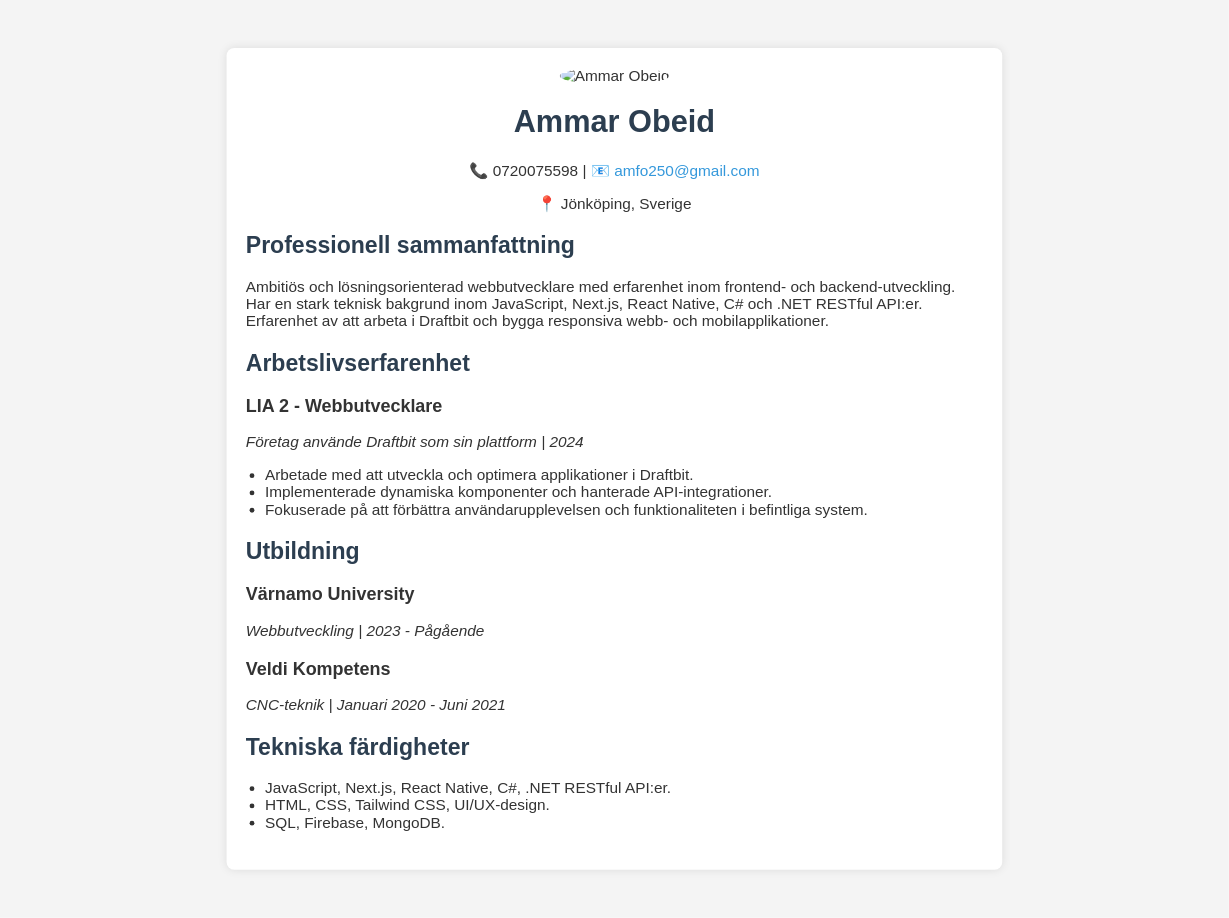
Repository: aobeid1979/AmmarObeid
Page: index.html
These files come from the project's save history. The page is drawn as it stood at one moment and after the next save; the edit follows.
The browser window is 1280 px wide. The pictures show the whole page, at 96% of full size.

Above is the page before, as saved 2025-03-19 11:48:45.
Not found: profile.jpg

After the next save:
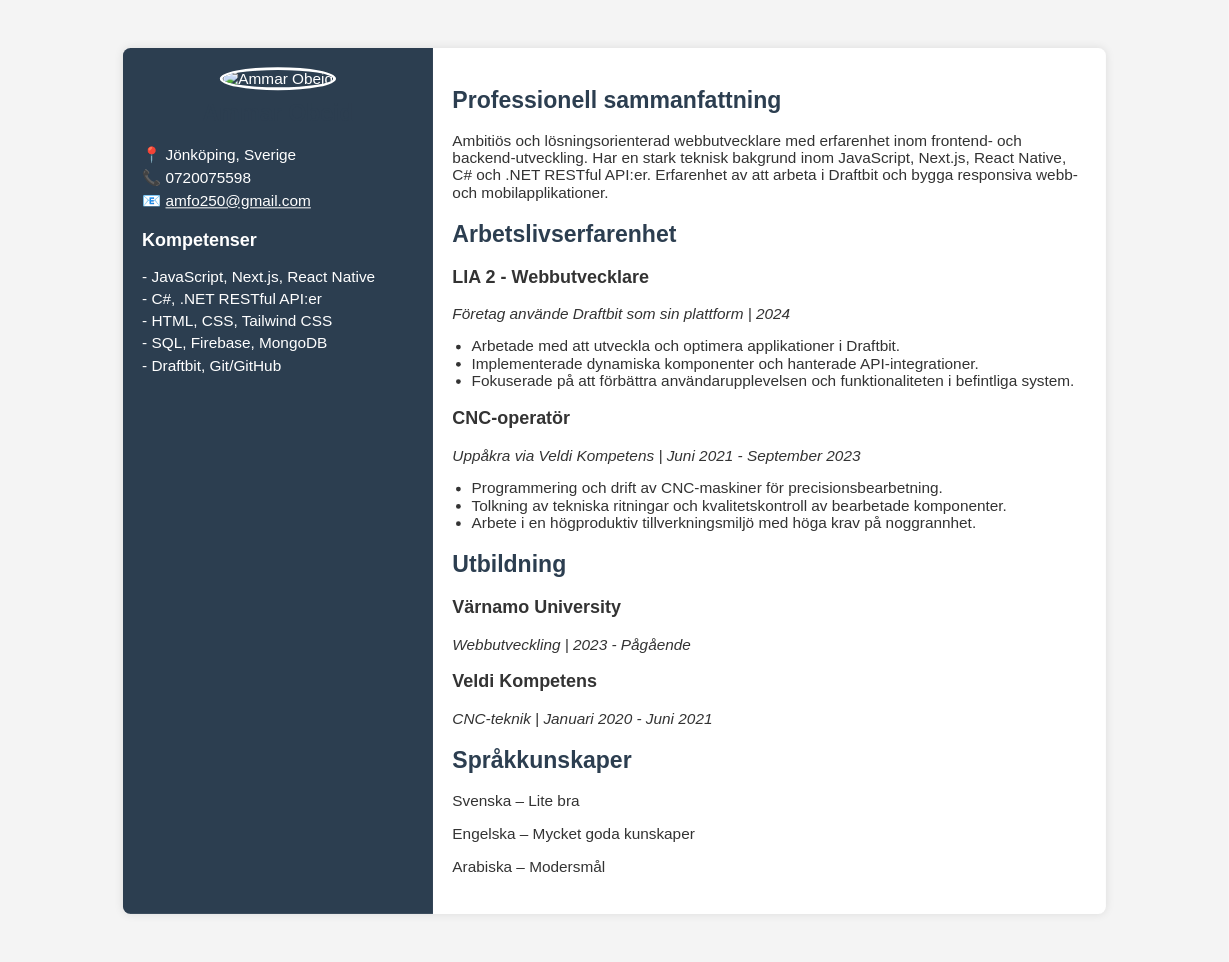
Saved 4 min 59 s later.
--- a/index.html
+++ b/index.html
@@ -4,50 +4,116 @@
     <meta charset="UTF-8">
     <meta name="viewport" content="width=device-width, initial-scale=1.0">
     <title>Ammar Obeid - CV</title>
-    <link rel="stylesheet" href="style.css">
+    <style>
+        body {
+            font-family: Arial, sans-serif;
+            margin: 0;
+            padding: 0;
+            background-color: #f4f4f4;
+            color: #333;
+        }
+        .container {
+            display: flex;
+            width: 80%;
+            margin: 50px auto;
+            background: white;
+            border-radius: 8px;
+            box-shadow: 0 0 10px rgba(0, 0, 0, 0.1);
+            overflow: hidden;
+        }
+        .left-panel {
+            background-color: #2c3e50;
+            color: white;
+            width: 30%;
+            padding: 20px;
+            text-align: center;
+        }
+        .left-panel img {
+            width: 120px;
+            height: 120px;
+            border-radius: 50%;
+            object-fit: cover;
+            border: 3px solid white;
+        }
+        .left-panel h2 {
+            margin-top: 10px;
+        }
+        .contact-info, .skills {
+            text-align: left;
+            margin-top: 20px;
+        }
+        .contact-info p, .skills p {
+            margin: 5px 0;
+        }
+        .right-panel {
+            width: 70%;
+            padding: 20px;
+        }
+        h1, h2 {
+            color: #2c3e50;
+        }
+        .section {
+            margin-bottom: 20px;
+        }
+        ul {
+            padding-left: 20px;
+        }
+    </style>
 </head>
 <body>
     <div class="container">
-        <div class="header">
+        <div class="left-panel">
             <img src="profile.jpg" alt="Ammar Obeid">
-            <h1>Ammar Obeid</h1>
+            <h2>Ammar Obeid</h2>
+            <div class="contact-info">
+                <p>📍 Jönköping, Sverige</p>
+                <p>📞 0720075598</p>
+                <p>📧 <a href="mailto:amfo250@gmail.com" style="color: white;">amfo250@gmail.com</a></p>
+            </div>
+            <div class="skills">
+                <h3>Kompetenser</h3>
+                <p>- JavaScript, Next.js, React Native</p>
+                <p>- C#, .NET RESTful API:er</p>
+                <p>- HTML, CSS, Tailwind CSS</p>
+                <p>- SQL, Firebase, MongoDB</p>
+                <p>- Draftbit, Git/GitHub</p>
+            </div>
         </div>
-        <div class="contact-info">
-            <p>📞 0720075598 | 📧 <a href="mailto:amfo250@gmail.com">amfo250@gmail.com</a></p>
-            <p>📍 Jönköping, Sverige</p>
-        </div>
-
-        <div class="section">
-            <h2>Professionell sammanfattning</h2>
-            <p>Ambitiös och lösningsorienterad webbutvecklare med erfarenhet inom frontend- och backend-utveckling. Har en stark teknisk bakgrund inom JavaScript, Next.js, React Native, C# och .NET RESTful API:er. Erfarenhet av att arbeta i Draftbit och bygga responsiva webb- och mobilapplikationer.</p>
-        </div>
-
-        <div class="section">
-            <h2>Arbetslivserfarenhet</h2>
-            <h3>LIA 2 - Webbutvecklare</h3>
-            <p><em>Företag använde Draftbit som sin plattform | 2024</em></p>
-            <ul>
-                <li>Arbetade med att utveckla och optimera applikationer i Draftbit.</li>
-                <li>Implementerade dynamiska komponenter och hanterade API-integrationer.</li>
-                <li>Fokuserade på att förbättra användarupplevelsen och funktionaliteten i befintliga system.</li>
-            </ul>
-        </div>
-
-        <div class="section">
-            <h2>Utbildning</h2>
-            <h3>Värnamo University</h3>
-            <p><em>Webbutveckling | 2023 - Pågående</em></p>
-            <h3>Veldi Kompetens</h3>
-            <p><em>CNC-teknik | Januari 2020 - Juni 2021</em></p>
-        </div>
-
-        <div class="section">
-            <h2>Tekniska färdigheter</h2>
-            <ul>
-                <li>JavaScript, Next.js, React Native, C#, .NET RESTful API:er.</li>
-                <li>HTML, CSS, Tailwind CSS, UI/UX-design.</li>
-                <li>SQL, Firebase, MongoDB.</li>
-            </ul>
+        <div class="right-panel">
+            <div class="section">
+                <h2>Professionell sammanfattning</h2>
+                <p>Ambitiös och lösningsorienterad webbutvecklare med erfarenhet inom frontend- och backend-utveckling. Har en stark teknisk bakgrund inom JavaScript, Next.js, React Native, C# och .NET RESTful API:er. Erfarenhet av att arbeta i Draftbit och bygga responsiva webb- och mobilapplikationer.</p>
+            </div>
+            <div class="section">
+                <h2>Arbetslivserfarenhet</h2>
+                <h3>LIA 2 - Webbutvecklare</h3>
+                <p><em>Företag använde Draftbit som sin plattform | 2024</em></p>
+                <ul>
+                    <li>Arbetade med att utveckla och optimera applikationer i Draftbit.</li>
+                    <li>Implementerade dynamiska komponenter och hanterade API-integrationer.</li>
+                    <li>Fokuserade på att förbättra användarupplevelsen och funktionaliteten i befintliga system.</li>
+                </ul>
+                <h3>CNC-operatör</h3>
+                <p><em>Uppåkra via Veldi Kompetens | Juni 2021 - September 2023</em></p>
+                <ul>
+                    <li>Programmering och drift av CNC-maskiner för precisionsbearbetning.</li>
+                    <li>Tolkning av tekniska ritningar och kvalitetskontroll av bearbetade komponenter.</li>
+                    <li>Arbete i en högproduktiv tillverkningsmiljö med höga krav på noggrannhet.</li>
+                </ul>
+            </div>
+            <div class="section">
+                <h2>Utbildning</h2>
+                <h3>Värnamo University</h3>
+                <p><em>Webbutveckling | 2023 - Pågående</em></p>
+                <h3>Veldi Kompetens</h3>
+                <p><em>CNC-teknik | Januari 2020 - Juni 2021</em></p>
+            </div>
+            <div class="section">
+                <h2>Språkkunskaper</h2>
+                <p>Svenska – Lite bra</p>
+                <p>Engelska – Mycket goda kunskaper</p>
+                <p>Arabiska – Modersmål</p>
+            </div>
         </div>
     </div>
 </body>
